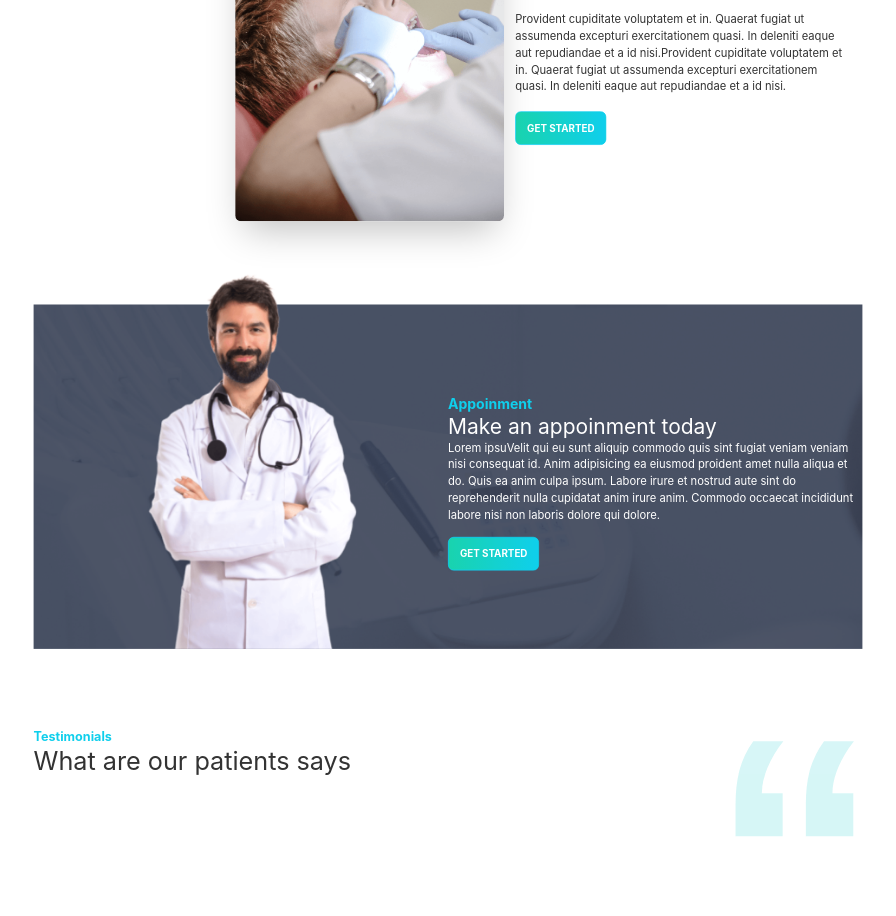
Repository: devsajid/doctors-portal-client
Page: /
These files come from the project's save history. The page is drawn as it stood at one moment and after a run of saves; the edit follows.
The browser window is 1280 px wide. The pictures show the part of the page from y = 1800 to 3720 px (the page is 3108 px tall before and 3720 px after), at 70% of full size.
Backgrounds fixed to the window are drawn as part of the page. The project was rebuilt for these pictures with package versions that can differ from the ones it lists, and the page was loaded fresh each time. Also part of the build but not shown: src/App.css, src/Pages/About/About.js, src/Pages/Appoinment/Appoinment.js, src/Pages/Contact/Contact.js, src/Pages/Login/Login.js, src/Pages/Review/Review.js.

Above is the page before, as saved 2022-08-14 12:27:10.

After the next 2 saves:
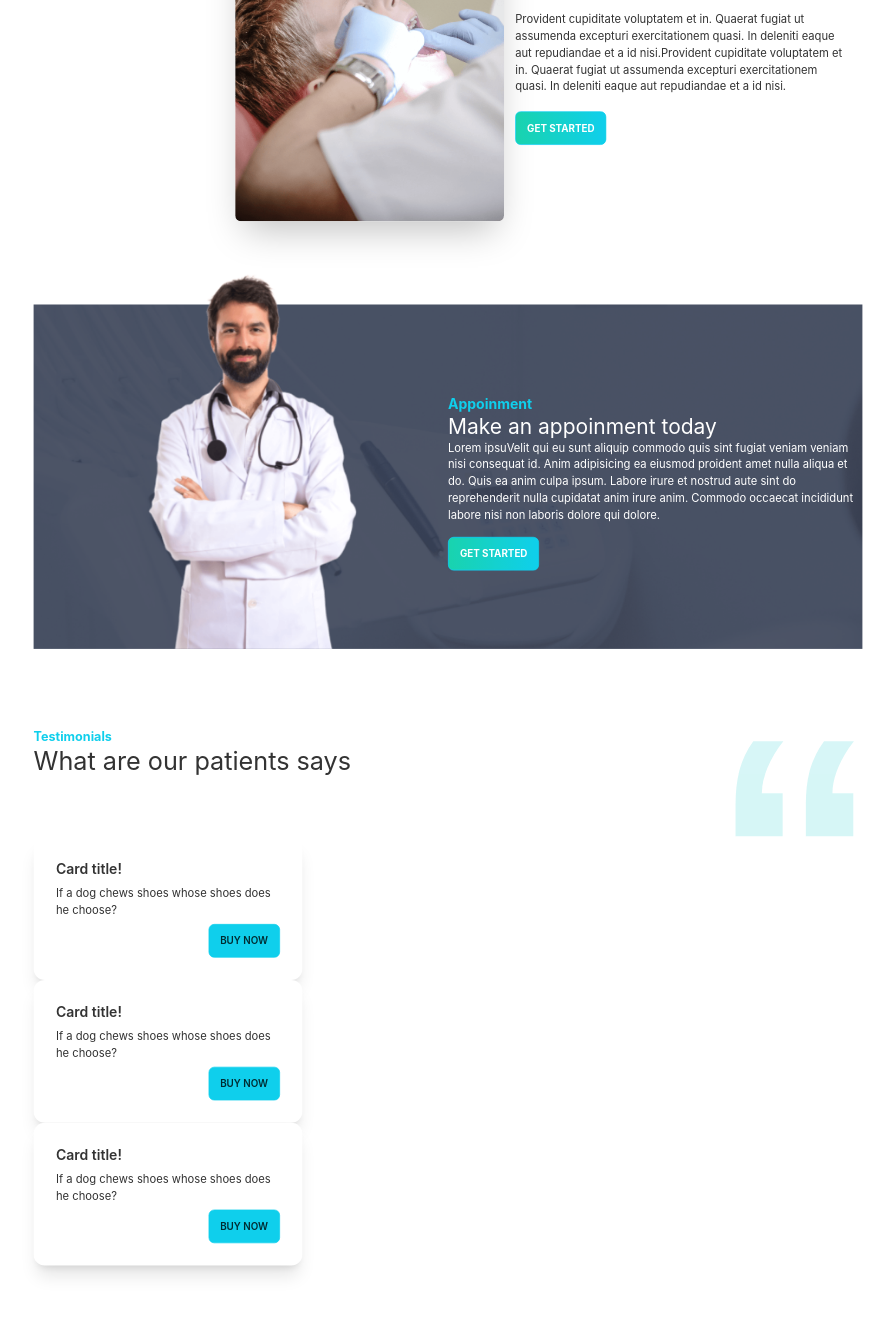
The 2 saves are shown as one change because 1 did not build or start.
The last was saved 26 s later.
--- a/src/Pages/Home/Testimonials/Testimonials.js
+++ b/src/Pages/Home/Testimonials/Testimonials.js
@@ -52,7 +52,11 @@ const Testimonials = () => {
         </div>
       </div>
 
-      <div>{reviews.map((review) => Review)}</div>
+      <div>
+        {reviews.map((review) => (
+          <Review></Review>
+        ))}
+      </div>
     </section>
   );
 };
